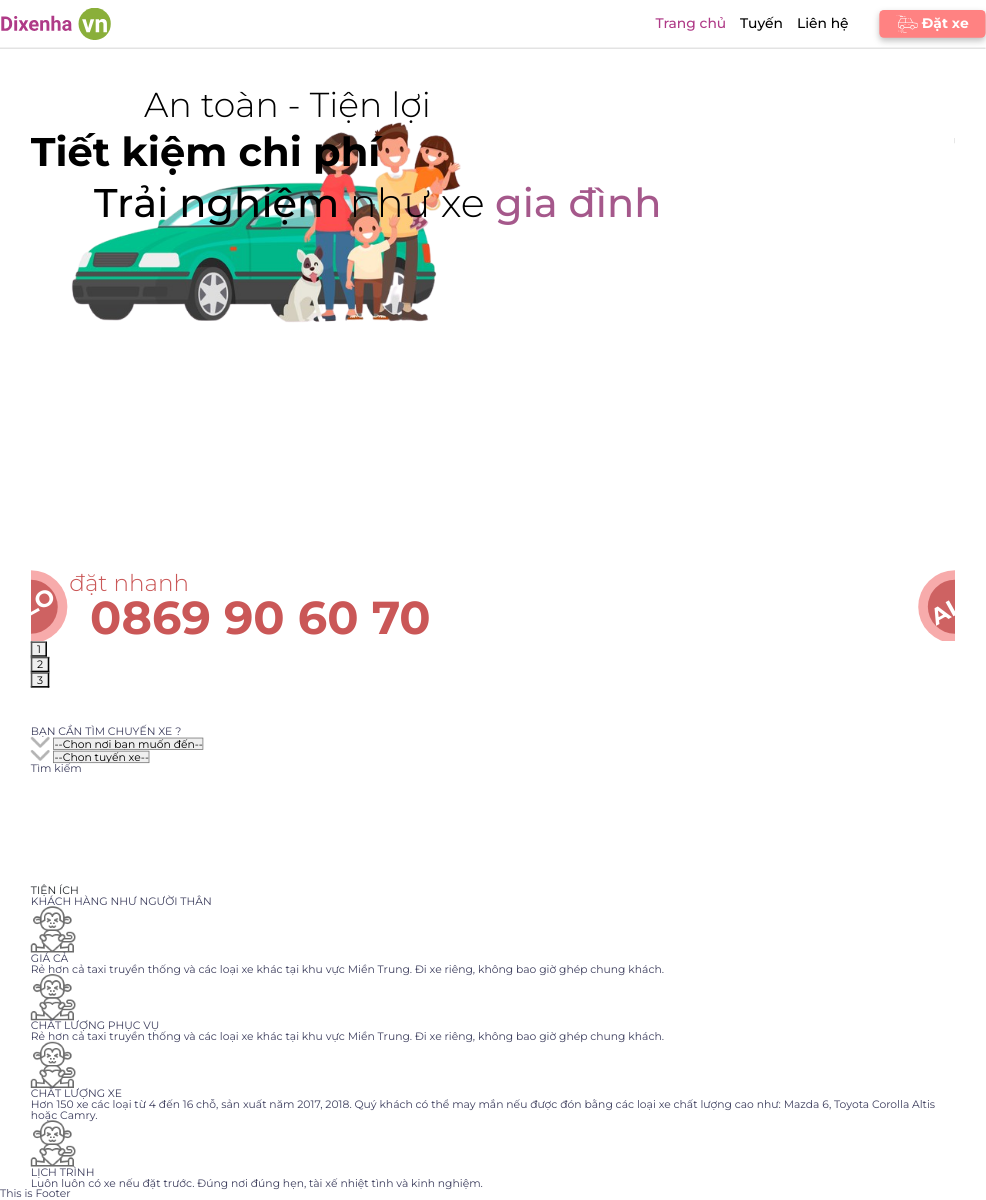
Repository: thanhthien0706/last_project--fe004
Page: lastProductF004/dist/index.html
These files come from the project's save history. The page is drawn as it stood at one moment and after the next save; the edit follows.
The browser window is 1280 px wide. The pictures show the whole page, at 77% of full size.
Some web libraries are served in a nearby version. The style sheet was rebuilt from its Sass, Less or Tailwind sources for each picture, by a compiler version that may differ from the author's.

Above is the page before, as saved 2021-09-16 20:08:13.

### lastProductF004/dist/index.html
<html lang="vi">

<head>
  <!-- include head.html -->
  <title>Trang web cho thuê xe Đà Nẵng - Hội An</title>
<meta name="viewport" content="width=device-width, initial-scale=1, shrink-to-fit=no">
<meta http-equiv="Content-type" content="text/html;charset=UTF-8">

<!-- favicon -->
<link href="/images/favicon.ico" type="image/x-icon" rel="icon">
<!-- meta social -->
<meta name="twitter:card" content="" />
<meta name="twitter:site" content="" />
<meta name="twitter:creator" content="" />
<meta property="og:description" content="" />
<meta property="og:image" content="" />
<meta property="og:site_name" content="">
<meta property="og:title" content="" />
<meta property="og:type" content="">
<meta property="og:url" content="" />
<link rel="apple-touch-icon" sizes="180x180" href="/images/favicon/apple-touch-icon.png">
<link rel="icon" type="image/png" sizes="32x32" href="/images/favicon/favicon-32x32.png">
<link rel="icon" type="image/png" sizes="16x16" href="/images/favicon/favicon-16x16.png">

<link rel="manifest" href="/manifest.json">

<meta name="mobile-web-app-capable" content="yes">
<meta name="apple-mobile-web-app-capable" content="yes">
<meta name="application-name" content="Short name web app">
<meta name="apple-mobile-web-app-title" content="Short name web app">
<meta name="theme-color" content="#00a849">
<meta name="msapplication-navbutton-color" content="#00a849">
<meta name="apple-mobile-web-app-status-bar-style" content="black-translucent">
<meta name="msapplication-starturl" content="/">


  <!-- include styles.html -->
  <link href="https://fonts.googleapis.com/css?family=Roboto|Roboto+Condensed|Roboto+Mono|Roboto+Slab&display=swap"
    rel="stylesheet">
<link href="https://fonts.googleapis.com/icon?family=Material+Icons" rel="stylesheet">


<!-- boostrap -->
<link rel="stylesheet" href="https://stackpath.bootstrapcdn.com/bootstrap/4.4.1/css/bootstrap.min.css"
    integrity="sha384-Vkoo8x4CGsO3+Hhxv8T/Q5PaXtkKtu6ug5TOeNV6gBiFeWPGFN9MuhOf23Q9Ifjh" crossorigin="anonymous">
<link rel="stylesheet" href="https://use.fontawesome.com/releases/v5.8.2/css/all.css"
    integrity="sha384-oS3vJWv+0UjzBfQzYUhtDYW+Pj2yciDJxpsK1OYPAYjqT085Qq/1cq5FLXAZQ7Ay" crossorigin="anonymous">

<link rel="stylesheet" href="https://unpkg.com/swiper/swiper-bundle.css">
<link rel="stylesheet" href="https://unpkg.com/swiper/swiper-bundle.min.css">

<link href="https://unpkg.com/aos@2.3.1/dist/aos.css" rel="stylesheet">

<!-- build:css(.tmp) style/style.min.css -->
<!-- <link rel="stylesheet" type="text/css" media="screen" href="styles/main.scss"/> -->
<link rel="stylesheet" type="text/css" media="screen" href="css/main.css" />
<!-- endbuild -->
</head>

<body class="wrapper">
  <header class="main_header">
  <div class="container_edit">
    <div class="box_main_content">
      <div class="box_logo">
        <img src="../../images/logo.svg" alt="logo" class="img_logo">
      </div>
      <div class="box_main_menu">
        <ul class="lista_menu">
          <li class="item_list">
              <a href="#" class="active">Trang chủ</a>
          </li>
          <li class="item_list">
              <a href="#">Tuyến</a>
          </li>
          <li class="item_list">
              <a href="#">Liên hệ</a>
          </li>
        </ul>
        <a href="#" class="btn_dat_xe">
          <img src="images/icon/ic_car-1.svg" alt="">
          <span class="text">Đặt xe</span>
        </a>
      </div>
    </div>
  </div>

</header>

  <section>

    <section class="section_01">
      <div class="container_new_edit">
        <div class="box_main_slide">
          <!-- slide 1 -->
          <div class="box_content_slide">

            <div class="box_slogan">
              <p class="slogan_1">An toàn - Tiện lợi</p>
              <p class="slogan_2">Tiết kiệm chi phí</p>
              <p class="slogan_3"><span class="sp_slogan_1">Trải nghiệm</span> như xe <span class="sp_slogan_2">gia đình</span></p>
            </div>

            <div class="box_contact">
              <div class="box_icon">
                <div class="shape_1"></div>
                <div class="shape_2"></div>
                <p class="icon">ALO</p>
              </div>
              <div class="box_text">
                <p>đặt nhanh</p>
                <p class="sdt">
                  0869 90 60 70
                </p>
              </div>
            </div>

            <div class="box_img">
              <img src="images/bg/bg_image-1.png" alt="">
            </div>

          </div>

          <!-- slide 2 -->
          <div class="box_content_slide">

            <div class="box_slogan">
              <p class="slogan_1">An toàn - Tiện lợi</p>
              <p class="slogan_2">Tiết kiệm chi phí</p>
              <p class="slogan_3"><span class="sp_slogan_1">Trải nghiệm</span> như xe <span class="sp_slogan_2">gia đình</span></p>
            </div>

            <div class="box_contact">
              <div class="box_icon">
                <div class="shape_1"></div>
                <div class="shape_2"></div>
                <p class="icon">ALO</p>
              </div>
              <div class="box_text">
                <p>đặt nhanh</p>
                <p class="sdt">
                  0869 90 60 70
                </p>
              </div>
            </div>

            <div class="box_img">
              <img src="images/bg/bg_image-1.png" alt="">
            </div>

          </div>

          <!-- slide 3 -->
          <div class="box_content_slide">

            <div class="box_slogan">
              <p class="slogan_1">An toàn - Tiện lợi</p>
              <p class="slogan_2">Tiết kiệm chi phí</p>
              <p class="slogan_3"><span class="sp_slogan_1">Trải nghiệm</span> như xe <span class="sp_slogan_2">gia đình</span></p>
            </div>

            <div class="box_contact">
              <div class="box_icon">
                <div class="shape_1"></div>
                <div class="shape_2"></div>
                <p class="icon">ALO</p>
              </div>
              <div class="box_text">
                <p>đặt nhanh</p>
                <p class="sdt">
                  0869 90 60 70
                </p>
              </div>
            </div>

            <div class="box_img">
              <img src="images/bg/bg_image-1.png" alt="">
            </div>

          </div>

        </div>
      </div>
    </section>
    <section class="section_02">
      <div class="container_new_edit">
        <div class="row_edit">
          <div class="box_left">
            <p>BẠN CẦN TÌM CHUYẾN XE ?</p>
            <section class="section_list_sec">

              <div class="box_main--sec">
                <span class="arrow">
                  <img src="images/icon/ic_arrow--down.png" alt="">
                </span>
                <select name="" id="" class="select_main">
                  <option value="1">--Chọn nơi bạn muốn đến--</option>
                  <option value="1">Đà nẵng</option>
                  <option value="1">Nha Trang</option>
                  <option value="1">Huế</option>
                </select>
              </div>

              <div class="box_main--sec">
                <span class="arrow">
                  <img src="images/icon/ic_arrow--down.png" alt="">
                </span>
                <select name="" id="" class="select_main">
                  <option value="1">--Chọn tuyến xe--</option>
                  <option value="1">Tuyến 1</option>
                  <option value="1">Tuyến 2</option>
                  <option value="1">Tuyến 3</option>
                </select>
              </div>

              <a href="#" class="btn_search">Tìm kiếm</a>
            </section>
          </div>
          <div class="box_right">
            <img src="images/bg/bg_img-2.svg" alt="">
          </div>
        </div>
      </div>
    </section>
    <section class="section_03">
      <div class="container_new_edit">
        <div class="box_header">
          <span>TIỆN ÍCH</span>
          <h2>KHÁCH HÀNG NHƯ NGƯỜI THÂN</h2>
        </div>
        <div class="box_tien-ich_main">
          <div class="box_grid">
            <div class="item_grid">
              <div class="box_conten">
                <div class="box_logo">
                  <img src="images/icon/ic_monkey.png" alt="">
                </div>
                <div class="box_text--main">
                  <h2>GIÁ CẢ</h2>
                  <p>
                    Rẻ hơn cả taxi truyền thống và các loại xe khác tại khu vực Miền Trung.
                    Đi xe riêng, không bao giờ ghép chung khách.
                  </p>
                </div>
              </div>
            </div>
            <div class="item_grid">
              <div class="box_conten">
                <div class="box_logo">
                  <img src="images/icon/ic_monkey.png" alt="">
                </div>
                <div class="box_text--main">
                  <h2>CHẤT LƯỢNG PHỤC VỤ</h2>
                  <p>
                    Rẻ hơn cả taxi truyền thống và các loại xe khác tại khu vực Miền Trung.
                    Đi xe riêng, không bao giờ ghép chung khách.
                  </p>
                </div>
              </div>
            </div>
            <div class="item_grid">
              <div class="box_conten">
                <div class="box_logo">
                  <img src="images/icon/ic_monkey.png" alt="">
                </div>
                <div class="box_text--main">
                  <h2>CHẤT LƯỢNG XE</h2>
                  <p>
                    Hơn 150 xe các loại từ 4 đến 16 chỗ, sản xuất năm 2017, 2018.
                    Quý khách có thể may mắn nếu được đón bằng các loại xe chất lượng cao
                    như: Mazda 6, Toyota Corolla Altis hoặc Camry.
                  </p>
                </div>
              </div>
            </div>
            <div class="item_grid">
              <div class="box_conten">
                <div class="box_logo">
                  <img src="images/icon/ic_monkey.png" alt="">
                </div>
                <div class="box_text--main">
                  <h2>LỊCH TRÌNH</h2>
                  <p>
                    Luôn luôn có xe nếu đặt trước.
                    Đúng nơi đúng hẹn, tài xế nhiệt tình và kinh nghiệm.
                  </p>
                </div>
              </div>
            </div>
          </div>
        </div>
      </div>
    </section>

  </section>
  <footer class="main_footer">
        <h1>This is Footer</h1>
</footer>

  <!-- include scripts.html -->
  <!-- boostrap -->
<script src="https://ajax.googleapis.com/ajax/libs/jquery/3.4.1/jquery.min.js"></script>
<!-- <script src="https://code.jquery.com/jquery-3.3.1.slim.min.js"
        integrity="sha384-q8i/X+965DzO0rT7abK41JStQIAqVgRVzpbzo5smXKp4YfRvH+8abtTE1Pi6jizo"
        crossorigin="anonymous"></script> -->
<script src="https://cdnjs.cloudflare.com/ajax/libs/popper.js/1.14.7/umd/popper.min.js"
        integrity="sha384-UO2eT0CpHqdSJQ6hJty5KVphtPhzWj9WO1clHTMGa3JDZwrnQq4sF86dIHNDz0W1"
        crossorigin="anonymous"></script>
<script src="https://stackpath.bootstrapcdn.com/bootstrap/4.3.1/js/bootstrap.min.js"
        integrity="sha384-JjSmVgyd0p3pXB1rRibZUAYoIIy6OrQ6VrjIEaFf/nJGzIxFDsf4x0xIM+B07jRM"
        crossorigin="anonymous"></script>



<!-- build:js script/script.min.js -->
<script type="text/javascript" src="js/slick.js"></script>
<script type="text/javascript" src="js/script.js"></script>
<!-- endbuild -->

<script src="https://unpkg.com/aos@2.3.1/dist/aos.js"></script>
</body>

</html>

### lastProductF004/src/styles/main.scss
// ----------------------------------------------------------------------
// Font
// ----------------------------------------------------------------------
@import url('https://fonts.googleapis.com/css?family=Roboto:300,400,500,700,900&subset=vietnamese');
@import url('https://cdnjs.cloudflare.com/ajax/libs/font-awesome/5.15.1/css/all.min.css');
// ----------------------------------------------------------------------
// Base
// ----------------------------------------------------------------------
@import "base/reset";
@import "base/fonts";
@import "base/base";

// ----------------------------------------------------------------------
// Layout
// ----------------------------------------------------------------------
@import "layout/slick";
@import "layout/global";
@import "layout/keyframes";
@import "layout/header";
@import "layout/footer";

// ----------------------------------------------------------------------
// Pages
// ----------------------------------------------------------------------
@import "pages/homepage";

### lastProductF004/src/styles/base/_fonts.scss
@import url('https://fonts.googleapis.com/css2?family=Montserrat:wght@100;200;300;400;500;600;700;800;900&display=swap');
// font-family: 'Montserrat', sans-serif;

### lastProductF004/src/styles/layout/_keyframes.scss
@include keyframes(faderighttoleft) {
    from {
        opacity: 0;
        right: -50px;
    }

    to {
        opacity: 1;
        right: 0;
    }
}

@include keyframes(face_text_slide) {
    from {
        opacity: 0;
        top: 20px;
    }

    to {
        opacity: 1;
        top: 0;
    }
}
@include keyframes(showcar_home) {
    from {
        opacity: 0;
        visibility: hidden;
        bottom: -10px;
    }

    to {
        opacity: 1;
        visibility: visible;
        bottom: 0;
    }
}

@include keyframes(showcar) {
    from {
        opacity: 0;
        visibility: hidden;
        bottom: -10px;
    }

    to {
        opacity: 1;
        visibility: visible;
        bottom: -24px;
    }
}

@include keyframes(xoayphone) {
    0% {
        @include xoay(-45deg);
    }

    50% {
        @include xoay(25deg);
    }

    100% {
        @include xoay(0deg);
    }
}

@include keyframes(onloadtabs) {
    from {
        opacity: 0;
        visibility: hidden;
        left: -10px;
    }

    to {
        opacity: 1;
        visibility: visible;
        left: 0;
    }
}

@include keyframes(showhomecar) {
    from {
        opacity: 0;
        visibility: hidden;
        min-height: 0;
        bottom: -20px;
    }

    to {
        opacity: 1;
        visibility: visible;
        min-height: 240px;
        bottom: 0;
    }
}

### lastProductF004/src/styles/layout/_header.scss
.container_edit{
    max-width: 1360px;
    width: 100%;
    margin: 0 auto;
}

.main_header{
    padding: 10px 0;
    background-color: #fff;
    border-bottom: 1px solid rgba(0, 0, 0, 0.22);
    .box_main_content{
        display: flex;
        flex-direction: row;
        justify-content: space-between;
        align-items: center;
        .box_logo{
            img{
                width: auto;
                height: 42px;
                object-fit: cover;
            }
        }
        .box_main_menu{
            display: flex;
            flex-direction: row;
            justify-self: center;
            align-items: center;
            .lista_menu{
                display: flex;
                flex-direction: row;
                justify-content: space-between;
                align-items: center;
                margin-right: 40px;
                .item_list{
                    margin-right:18px;
                    a{
                        font-size:18px;
                        color:#000;
                        font-weight: 500;
                        text-decoration: none;
                        transition: 0.5s;
                        &.active{
                            color:#AF3A87;
                        }
                        &:hover{
                            color:#AF3A87;
                        }
                    }
                    &:last-child{
                        margin-right:0;
                    }
                }
            }
            .btn_dat_xe{
                display: flex;
                flex-direction: row;
                justify-content: space-between;
                align-items: center;
                padding: 6px 22px;
                background-color: #FF8282;
                border-radius: 6px;
                text-decoration: none;
                filter: drop-shadow(0px 4px 4px rgba(0, 0, 0, 0.25));
                transition: 0.5s;
                &:hover{
                    opacity: 0.8;
                }
                img{
                    margin-right: 5px;
                }
                span{
                    font-size:18px;
                    color:#fff;
                    font-weight: bold;
                }
            }
        }
    }
}

### lastProductF004/src/styles/pages/_homepage.scss
html {
    scroll-behavior: smooth;
}

.container_new_edit{
    max-width: 1200px;
    width: 100%;
    margin: 0 auto;
}

.section_01{
    min-height:500px;
    padding: 50px 0;
    // width: 100%;
    .box_main_slide{
        .box_content_slide{
            position: relative;
            height: 100%;
            .box_slogan{
                position: absolute;
                top: 0;
                left: 0;
                .slogan_1{
                    @include font_size(45);
                    font-weight: 300;
                    color: #000;
                    margin-bottom: 14px;
                    margin-left: 147px;
                }
                .slogan_2{
                    @include font_size(52);
                    font-weight: bold;
                    color: #000;
                    margin-bottom: 14px;
                }
                .slogan_3{
                    @include font_size(52);
                    font-weight: 300;
                    color: #000;
                    margin-bottom: 14px;
                    margin-left: 82px;

                    .sp_slogan_1{
                        font-weight: 500;
                    }
                    .sp_slogan_2{
                        font-weight:500;
                        color: rgba(135, 32, 100, 0.75);
                    }
                }
            }
            .box_contact{
                position: absolute;
                display: flex;
                flex-direction: row;
                align-items: center;
                bottom: 0;
                left: 0;
                .box_icon{
                    position: relative;
                    .shape_1{
                        position: absolute;
                        width: 95px;
                        height: 95px;
                        background-color:  rgba(245, 151, 151, 0.8);
                        top: 50%;
                        left: 50%;
                        transform: translate(-50%,-50%);
                        border-radius: 50%;
                    }
                    .shape_2{
                        position: absolute;
                        width: 70px;
                        height: 70px;
                        background-color: rgba(197, 81, 81, 0.8);
                        top: 50%;
                        left: 50%;
                        transform: translate(-50%,-50%);
                        border-radius: 50%;
                    }
                    p{
                        @include font_size(30);
                        font-weight: bold;
                        color: #fff;
                        text-align: center;
                        position: absolute;
                        top: 50%;
                        left: 50%;
                        transform: translate(-50%, -50%) rotate(-29deg);
                    }
                }

                .box_text{
                    margin-left: 50px;
                    p{
                        @include font_size(30);
                        font-weight: 300;
                        color: #CA5757;;
                    }
                    .sdt{
                        @include font_size(60);
                        font-weight: bold;
                        margin-left: 27px;
                    }
                }
            }
        }
    }
}

Loaded but not shown: lastProductF004/dist/js/slick.js (library); lastProductF004/src/styles/base/_reset.scss (common file); lastProductF004/src/styles/layout/_slick.scss (common file); lastProductF004/dist/js/script.js (13 lines, source omitted); lastProductF004/src/styles/base/_base.scss (976 lines, source omitted); lastProductF004/src/styles/layout/_global.scss (187 lines, source omitted); lastProductF004/src/styles/layout/_footer.scss (no stored copy; drawn as an empty file)

After the next save:
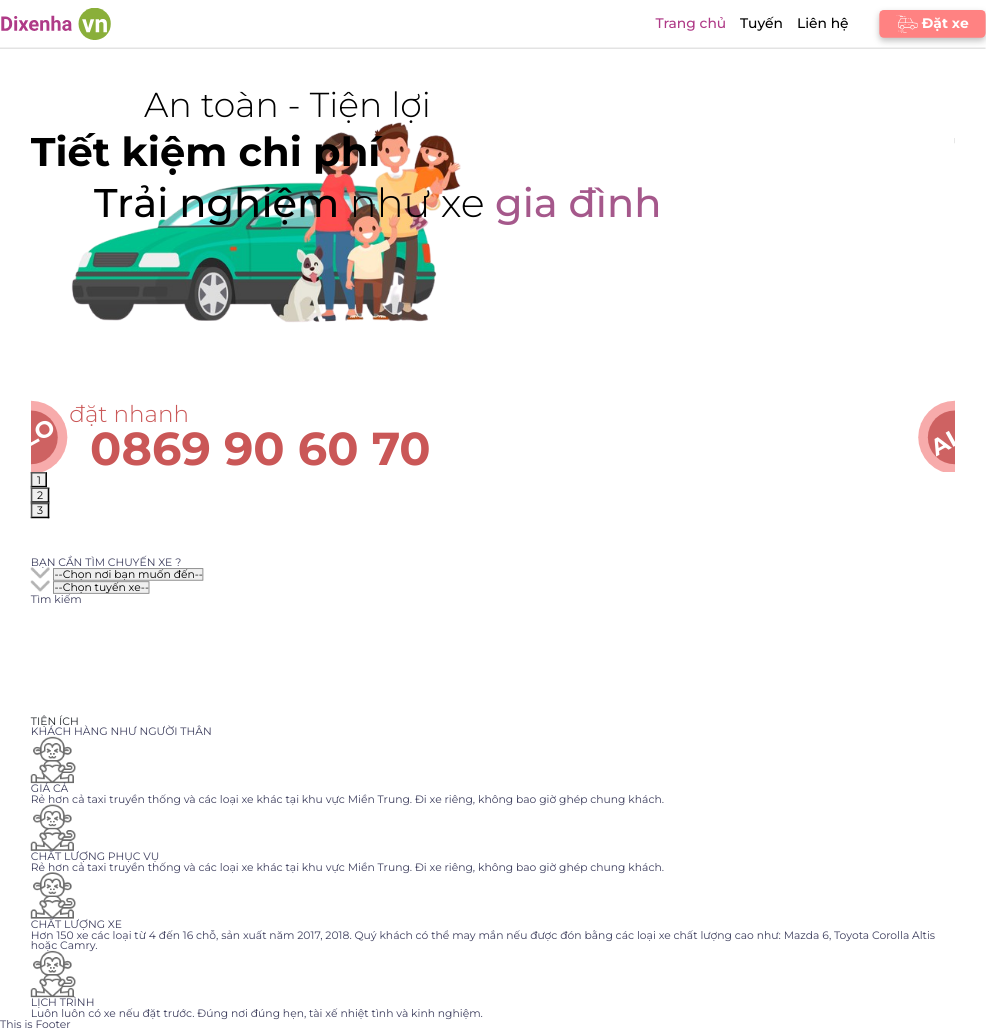
Saved 30 s later.
--- a/lastProductF004/src/styles/pages/_homepage.scss
+++ b/lastProductF004/src/styles/pages/_homepage.scss
@@ -15,7 +15,7 @@ html {
     .box_main_slide{
         .box_content_slide{
             position: relative;
-            height: 100%;
+            height: 500px;
             .box_slogan{
                 position: absolute;
                 top: 0;
